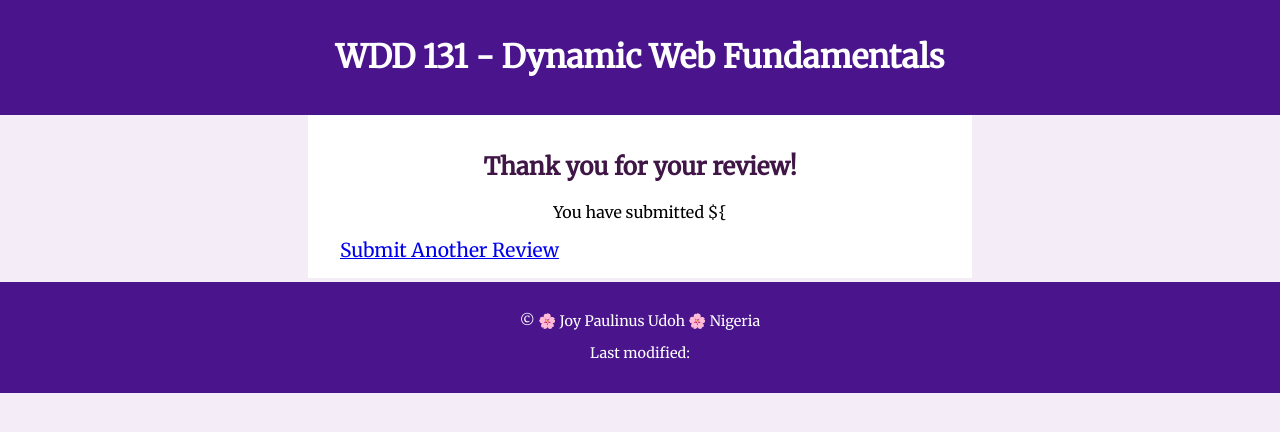
Repository: JoyUdoh106/wdd131
Page: review.html
These files come from the project's save history. The page is drawn as it stood at one moment and after a run of saves; the edit follows.
The browser window is 1280 px wide. The pictures show the whole page.

Above is the page before, as saved 2025-08-09 17:17:51.

### review.html
<!DOCTYPE html>
<html lang="en">
<head>
    <meta charset="UTF-8">
    <meta name="viewport" content="width=device-width, initial-scale=1.0">
    <title>WDD 131 - Dynamic Web Fundamentals - Review Submitted</title>
    <meta name="description" content="Review Submission Page">
    <meta name="author" content="Joy Paulinus Udoh">

    <link rel="stylesheet" href="styles/form.css">
    <script src="scripts/review.js" defer></script>

    <link rel="preconnect" href="https://fonts.googleapis.com">
    <link rel="preconnect" href="https://fonts.gstatic.com" crossorigin>
    <link href="https://fonts.googleapis.com/css2?family=Merriweather:wght@300;400&family=Roboto:ital,wght@0,100..900;1,100..900&display=swap" rel="stylesheet">
</head>
<body>
    <header>
        <h1>WDD 131 - Dynamic Web Fundamentals</h1>
    </header>
    <main>
        <h2>Thank you for your review!</h2>
        <p id="counter"></p>
        <a href="form.html">Submit Another Review</a>
    </main>
    <footer>
        <p>&copy; <span id="year"></span> 🌸 Joy Paulinus Udoh 🌸 Nigeria</p>
        <p>Last modified: <span id="last-modified"></span></p>
    </footer>
</body>
</html>

### styles/form.css
body {
    margin: 0;
    background-color: #f4edf8;
    padding: 0;
    font-family: "Merriweather", sans-serif;
}

header {
    background-color: #4A148C;
    color: white;
    text-align: center;
    padding: 1rem;
}

main {
    max-width: 600px;
    margin: auto;
    background-color: #fff;
    padding: 1rem 2rem;
}

h2 {
    color: #3f1646;
    text-align: center;
}

form {
    display: flex;
    flex-direction: column;
    gap: 1rem;
}

label, legend {
    font-weight: bold;
    color: #3f1646;
}

input[type="text"],
input[type="date"],
select, textarea {
    padding: 0.5rem;
    font-size: 1rem;
    width: 100%;
    border: 1px solid #ccc;
    border-radius: 4px;
}

.response {
    display: grid;
}

input[type="checkbox"],
input[type="radio"] {
    margin: 10px 8px;
}

fieldset {
    border-radius: 5px;
}

#counter {
    text-align: center;
}

a {
    font-size: 1.2rem;
}

a:hover {
    color: #610ec7;
}

input[type="submit"]:hover {
    background-color: #5c2168;
}

footer {
    background-color: #4A148C;
    color: white;
    text-align: center;
    padding: 1rem;
    margin-top: 1rem;
    font-size: 0.9rem;
    margin: 0.25rem 0;
}

### scripts/review.js
 let reviewCount = localStorage.getItem("reviewCount");
    reviewCount = reviewCount ? parseInt(reviewCount) + 1 : 1;
    localStorage.setItem("reviewCount", reviewCount);
    document.getElementById("counter").textContent = 'You have submitted ${'

// let reviewCount = parseInt(localStorage.getItem("reviewCount")) || 0;
// document.getElementById("counter").textContent = `You have submitted ${reviewCount} review(s).`;

After the next 3 saves:
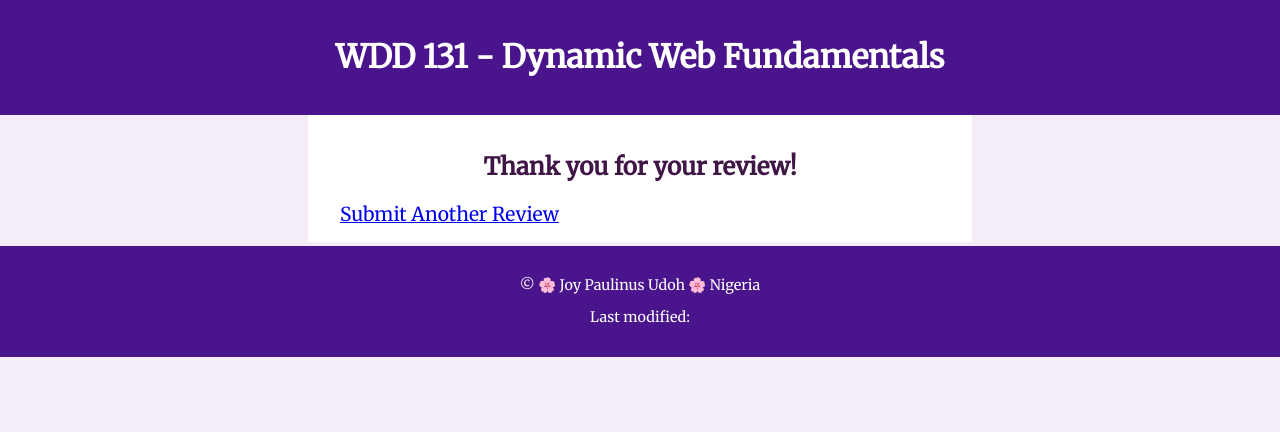
Console error: SyntaxError: Unexpected end of input
The 3 saves are shown as one change because they came seconds apart.
The last was saved 12 min 46 s later.
--- a/scripts/review.js
+++ b/scripts/review.js
@@ -1,7 +1,7 @@
  let reviewCount = localStorage.getItem("reviewCount");
     reviewCount = reviewCount ? parseInt(reviewCount) + 1 : 1;
     localStorage.setItem("reviewCount", reviewCount);
-    document.getElementById("counter").textContent = 'You have submitted ${'
+    document.getElementById("counter").textContent =
 
 // let reviewCount = parseInt(localStorage.getItem("reviewCount")) || 0;
 // document.getElementById("counter").textContent = `You have submitted ${reviewCount} review(s).`;
